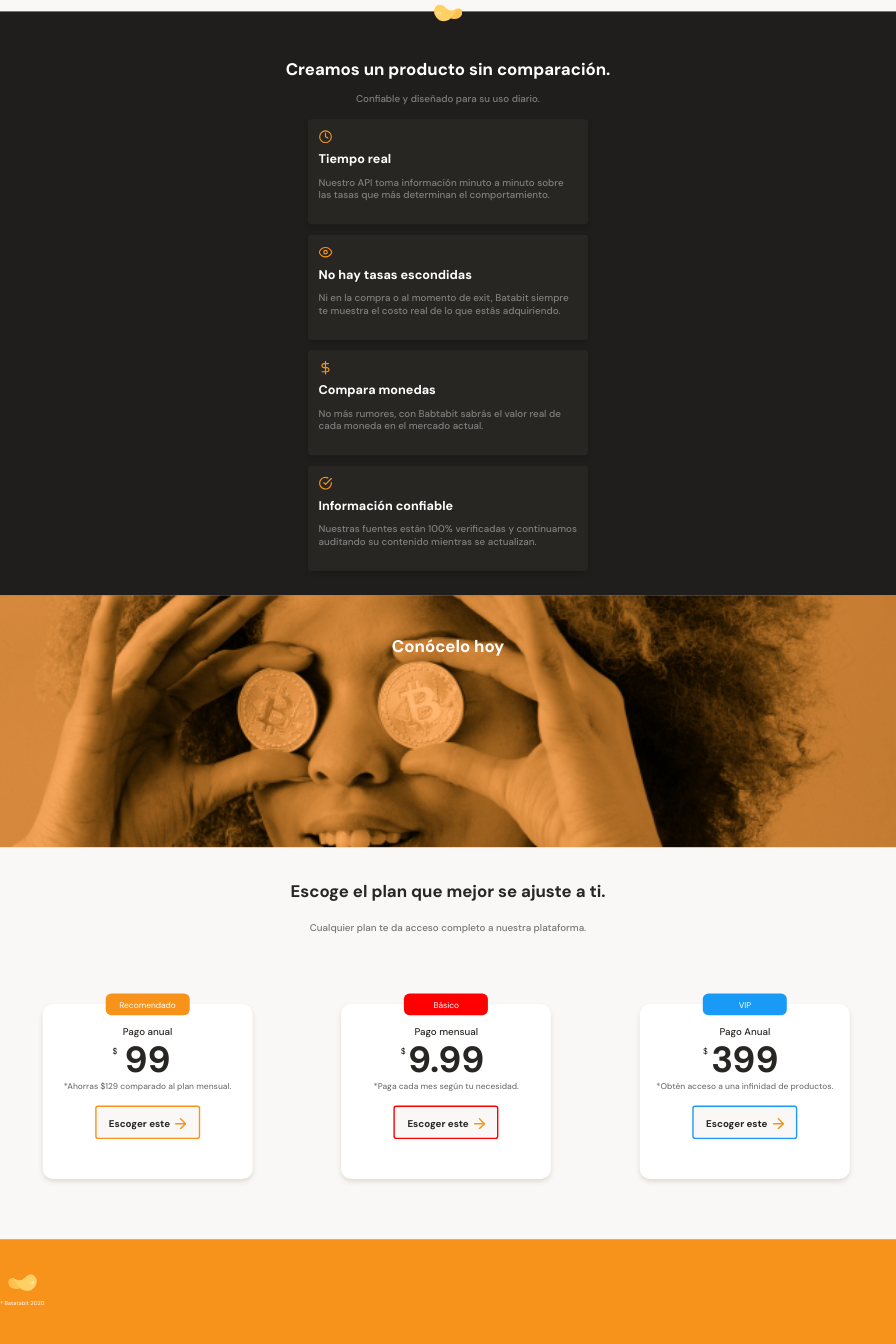
Repository: ChristianGecchelin/spa-full-css-html
Page: index.html
An editor plug-in stored every save of this project. The page is shown before and after the next save, followed by the edit.
The browser window is 1280 px wide. The pictures show the part of the page from y = 1476 to 3396 px (the page is 3396 px tall), at 70% of full size.

Above is the page before, as saved 2021-11-29 23:26:35.

### index.html
<!DOCTYPE html>
<html lang="en">
  <head>
    <meta charset="UTF-8" />
    <meta http-equiv="X-UA-Compatible" content="IE=edge" />
    <meta name="viewport" content="width=device-width, initial-scale=1.0" />
    <title></title>
    <link rel="preconnect" href="https://fonts.googleapis.com" />
    <link rel="preconnect" href="https://fonts.gstatic.com" crossorigin />
    <link
      href="https://fonts.googleapis.com/css2?family=DM+Sans:wght@400;500;700&family=Inter:wght@300;500&display=swap"
      rel="stylesheet"
    />
    <link rel="stylesheet" href="./styles/styles.css" />
  </head>
  <!-- shift+alt+A para comentar -->
  <body>
    <header>
      <!-- Las etiquetas principales no necesitan ponerle clase porque solo hay una en el archivo -->
      <img src="./assets/img/logo.svg" alt="logo" />
      <div class="header--title-container">
        <h1>La próxima revolución en el intercambio de criptomonedas.</h1>
        <p>
          Batatabit te ayuda a navegar entre los diferentes precios y
          tendencias.
        </p>
        <a class="header--button" href="#plans"
          >Conoce Nuestros Planes <span></span
        ></a>
      </div>
    </header>
    <main>
      <section class="main-exchange-container">
        <div class="backgroundImg"></div>
        <div class="main-exchange-container--title">
          <h2>Visibilizamos todas las tasas de cambio.</h2>
          <p>
            Traemos información en tiempo real de las casas de cambio y las
            monedas más importantes del mundo.
          </p>
        </div>
        <section class="main-tables-container">
          <!-- creo otra seccion porque tengo mucha información para mostrar -->
          <div class="main-currency-table">
            <p class="currency-table--title">Monedas</p>
            <div class="currency-table--container">
              <table>
                <tr>
                  <!-- table row --><!-- table data, info de la tabla -->
                  <td class="table__top-left">Bitcoin</td>
                  <td class="table__top-right table__right">
                    $1.96 <span class="down"></span>
                  </td>
                </tr>
                <tr>
                  <td>Ethereum</td>
                  <td class="table__top-right table__right">
                    $0.07 <span class="up"></span>
                  </td>
                </tr>
                <tr>
                  <td>Ripple</td>
                  <td class="table__right">$2.17 <span class="down"></span></td>
                </tr>
                <tr>
                  <td class="table__bottom-left">Stellar</td>
                  <td class="table__bottom-right table__right">
                    $4.96 <span class="down"></span>
                  </td>
                </tr>
              </table>
            </div>
            <div class="currency-table--date">
              <p><b>Actualizado</b> 19 de Julio 23:45</p>
            </div>
          </div>
          <div class="main-comissions-table">
            <p class="comissions-table--title">Comisiones</p>
            <div class="comissions-table--container">
              <table>
                <tr>
                  <!-- table row --><!-- table data, info de la tabla -->
                  <td class="table__top-left">Bitrade</td>
                  <td class="table__top-right table__right">$12.96</td>
                </tr>
                <tr>
                  <td>Bitpreco</td>
                  <td class="table__top-right table__right">$13.07</td>
                </tr>
                <tr>
                  <td>Novadax</td>
                  <td class="table__right">$13.15</td>
                </tr>
                <tr>
                  <td class="table__bottom-left">Coinext</td>
                  <td class="table__bottom-right table__right">$14.96</td>
                </tr>
              </table>
            </div>
            <div class="comissions-table--date">
              <p><b>Actualizado</b> 19 de Julio 23:45</p>
            </div>
          </div>
        </section>
      </section>
      <section class="main-product-detail">
        <span class="product-detail--batata-logo"></span>
        <div class="product-detail--title">
          <h2>Creamos un producto sin comparación.</h2>
          <p>Confiable y diseñado para su uso diario.</p>
        </div>
        <section class="product-cards--container">
          <article class="product-detail--card">
            <span class="clock"></span>
            <p class="product--card-title">Tiempo real</p>
            <p class="product--card-body">
              Nuestro API toma información minuto a minuto sobre las tasas que
              más determinan el comportamiento.
            </p>
          </article>
          <article class="product-detail--card">
            <span class="eye"></span>
            <p class="product--card-title">No hay tasas escondidas</p>
            <p class="product--card-body">
              Ni en la compra o al momento de exit, Batabit siempre te muestra
              el costo real de lo que estás adquiriendo.
            </p>
          </article>
          <article class="product-detail--card">
            <span class="dollar"></span>
            <p class="product--card-title">Compara monedas</p>
            <p class="product--card-body">
              No más rumores, con Babtabit sabrás el valor real de cada moneda
              en el mercado actual.
            </p>
          </article>
          <article class="product-detail--card">
            <span class="check"></span>
            <p class="product--card-title">Información confiable</p>
            <p class="product--card-body">
              Nuestras fuentes están 100% verificadas y continuamos auditando su
              contenido mientras se actualizan.
            </p>
          </article>
        </section>
      </section>
      <section class="bitcoin-img-container">
        <h2>Conócelo hoy</h2>
      </section>
      <section id="plans" class="main-plans-container">
        <div class="plans--title">
          <h2>Escoge el plan que mejor se ajuste a ti.</h2>
          <p>Cualquier plan te da acceso completo a nuestra plataforma.</p>
        </div>
        <section class="plans-container--slider">
          <article class="plans-container--card">
            <p class="recomendado">Recomendado</p>
            <div class="plan-info-container">
              <h3 class="plan-card--title">Pago anual</h3>
              <p class="plan-card--price"><span class="chico">$</span> 99</p>
              <p class="plan-card--saving">
                *Ahorras $129 comparado al plan mensual.
              </p>
              <button class="plan-card--ca">Escoger este <span></span></button>
            </div>
          </article>
          <article class="plans-container--card">
            <p class="basico">Básico</p>
            <div class="plan-info-container">
              <h3 class="plan-card--title">Pago mensual</h3>
              <p class="plan-card--price"><span class="ancho">$</span> 9.99</p>
              <p class="plan-card--saving">
                *Paga cada mes según tu necesidad.
              </p>
              <button class="plan-card--car">Escoger este <span></span></button>
            </div>
          </article>
          <article class="plans-container--card">
            <p class="vip">VIP</p>
            <div class="plan-info-container">
              <h3 class="plan-card--title">Pago Anual</h3>
              <p class="plan-card--price"><span class="normal">$</span> 399</p>
              <p class="plan-card--saving">
                *Obtén acceso a una infinidad de productos.
              </p>
              <button class="plan-card--cab">Escoger este <span></span></button>
            </div>
          </article>
        </section>
      </section>
    </main>
    <footer>
      <section>
        <ul>
          <li><a href="#"></a></li>
          <li><a href="#"></a></li>
          <li><a href="#"></a></li>
        </ul>
      </section>
      <section>
        <img src="assets/img/logo-footer.svg" alt="Logo Batabit 2020" />
      </section>
    </footer>
  </body>
</html>

### styles/styles.css
/* shift+alt+A para comentar */
/*  1° estilos relacionados a posicionamiento
    2° Modelo de caja (box model width height lo que da dimensión)
    3° Tipografías
    4° Visuales (sombras)
    5° Otros */
:root {
  /* colores (creo variables para no andar buscando los codigos */
  --bitcoin-orange: #f7931a;
  --soft-orange: #ffe9d5;
  --secondary-blue: #1a9af7;
  --soft-blue: #e7f5ff;
  --warm-black: #201e1c;
  --black: #282623;
  --grey: #bababa;
  --off-white: #faf8f7;
  --just-white: #fff;
}
* {
  box-sizing: border-box;
  margin: 0;
  padding: 0;
}
html {
  font-size: 62.5%;
  font-family: "DM Sans", sans-serif;
}
header {
  position: relative;
  display: flex;
  flex-direction: column;
  justify-content: center;
  width: 100%;
  min-width: 320px; /* dimensión más chica en moviles */
  height: 334px;
  text-align: center;
  background: linear-gradient(
    207.8deg,
    #201e1c 16.69%,
    #f7931a 100%
  ); /* el fondo con gradiente */
}
header img {
  width: 150px;
  height: 24px;
  margin-top: 60px;
  align-self: center; /* alineo al hijo (el padre debe tener flex) este caso es alineado horizontal porque el flex-direction es column */
}
.header--title-container {
  width: 90%; /* ocupa el 90% entre 288 y 900px */
  min-width: 288px;
  max-width: 900px;
  height: 218px;
  margin-top: 40px;
  text-align: center;
  align-self: center; /* centro el contenedor */
}
.header--title-container h1 {
  font-size: 2.4rem;
  font-weight: 700;
  line-height: 2.6rem;
  color: var(
    --just-white
  ); /* llamo la variable que cree en root para los colores */
}
.header--title-container p {
  margin-top: 25px;
  font-size: 1.4rem;
  font-weight: 500;
  line-height: 1.8rem;
  color: var(--soft-orange);
}
.header--title-container .header--button {
  position: absolute;
  top: 270px;
  left: calc(
    50% - 118px
  ); /* es importante dejar espacios entre el signo menos y los valores */
  display: block;
  margin-top: 35px;
  padding: 15px;
  width: 229px;
  height: 48px;
  background-color: var(--off-white);
  font-size: 1.4rem;
  font-weight: 700;
  text-decoration: none;
  color: var(--black);
  /* sombras */
  box-shadow: 0px 4px 8px rgba(89, 73, 30, 0.16);
  border: none;
  border-radius: 5px;
}
.header--button span {
  display: inline-block;
  width: 13px;
  height: 8px;
  margin-left: 10px;
  background-image: url(../assets/icons/down-arrow.svg);
}
main {
  width: 100%;
  height: auto;
  background-color: var(--off-white);
  min-width: 320px;
}
.main-exchange-container {
  width: 100%;
  height: auto;
  padding-top: 80px;
  padding-bottom: 30px;
  text-align: center;
}
.main-exchange-container--title {
  width: 90%;
  min-width: 288px;
  max-width: 900px;
  margin: 0 auto;
}
.main-exchange-container .backgroundImg {
  /* le tengo que dar dimensiones porque en el html la imagen no existe */
  width: 200px;
  height: 200px;
  margin: 0 auto;
  margin-bottom: 50px;
  background-image: url(../assets/img/Bitcoin.svg);
  background-size: cover;
  background-position: center;
  background-repeat: no-repeat; /* con estas propiedades de background garantizo que la imagen siempre va a estar centrada y que ocupe el espacio correcto */
}
.main-exchange-container h2 {
  margin-bottom: 30px;
  font-size: 2.4rem;
  font-weight: 700;
  line-height: 2.6rem;
  color: var(--black);
}
.main-exchange-container p {
  margin-bottom: 30px;
  font-size: 1.4rem;
  font-weight: 500;
  line-height: 1.6rem;
  color: #757575;
}
.main-currency-table .main-comissions-table {
  width: 70%;
  min-width: 235px;
  max-width: 500px;
  height: 360px;
  margin: 0 auto;
  font-family: "inter", "sans-serif";
}
.main-currency-table .currency-table--title,
.main-comissions-table .comissions-table--title {
  margin-bottom: 15px;
  font-size: 1.8rem;
  font-weight: bold;
  line-height: 2.3rem;
  color: var(--bitcoin-orange);
}
.main-comissions-table .comissions-table--title {
  margin-top: 30px;
  color: var(--secondary-blue);
}
.main-currency-table .currency-table--container,
.main-comissions-table .comissions-table--container {
  width: 90%;
  min-width: 230px;
  max-width: 300px;
  height: 250px;
  margin: 0 auto;
}
.currency-table--container table,
.comissions-table--container table {
  width: 100%;
  height: 100%;
}
.currency-table--container td,
.comissions-table--container td {
  width: 50%;
  font-size: 1.6rem;
  font-weight: 500;
  line-height: 1.9rem;
  color: var(--grey);
  background-color: var(--just-white);
}
.currency-table--container .table__top-left,
.comissions-table--container .table__top-left {
  border-radius: 15px 0 0 0;
}
.currency-table--container .table__top-right,
.comissions-table--container .table__top-right {
  border-radius: 0 15px 0 0;
}
.currency-table--container .table__bottom-left,
.comissions-table--container .table__bottom-left {
  border-radius: 0 0 15px 0;
}
.currency-table--container .table__bottom-right,
.comissions-table--container .table__bottom-right {
  border-radius: 0 0 0 15px;
}
.currency-table--container .table__right,
.comissions-table--container .table__right {
  font-size: 1.4rem;
  font-weight: normal;
  line-height: 1.7rem;
  color: #757575;
}
.currency-table--container .down,
.main-comissions-table .down {
  display: inline-block;
  width: 15px;
  height: 15px;
  margin-left: 10px;
  background-image: url(../assets/icons/trending-down.svg);
  background-size: cover;
  background-position: center;
  background-repeat: no-repeat;
}
.currency-table--container .up,
.main-comissions-table .up {
  display: inline-block;
  width: 15px;
  height: 15px;
  margin-left: 10px;
  background-image: url(../assets/icons/trending-up.svg);
  background-size: cover;
  background-position: center;
  background-repeat: no-repeat;
}
.currency-table--date,
.comissions-table--date {
  width: 190px;
  height: 30px;
  margin: 0 auto;
  margin-top: 15px;
  padding: 8px;
  background-color: var(--soft-orange);
  border-radius: 8px;
}
.comissions-table--date {
  background-color: var(--secondary-blue);
}
.currency-table--date p,
.comissions-table--date p {
  font-size: 1.2rem;
  line-height: 1.5rem;
  color: var(--warm-black);
  font-weight: 300;
}
.main-product-detail {
  position: relative;
  width: 100%;
  min-width: 320px;
  height: auto;
  padding: 20px 10px;
  background-color: var(--warm-black);
}
.product-detail--batata-logo {
  position: absolute;
  width: 40px;
  height: 25px;
  top: -10px;
  left: calc(50% - 20px); /* 20px porque es la mitad del width */
  background-image: url(../assets/icons/batata.svg);
}
.product-detail--title {
  width: 90%;
  min-width: 288px;
  height: auto;
  margin: 0 auto;
  margin-top: 50px;
  text-align: center;
}
.product-detail--title h2 {
  margin-bottom: 20px;
  font-size: 2.4rem;
  font-weight: 700;
  line-height: 2.6rem;
  color: var(--just-white);
}
.product-detail--title {
  margin-bottom: 20px;
  font-size: 1.4rem;
  font-weight: 500;
  line-height: 1.8rem;
  color: #808080;
}
.product-detail--card {
  width: 90%;
  min-width: 288px;
  max-width: 400px;
  height: 150px;
  margin: 15px auto;
  padding: 15px;
  background-color: var(--black);
  border-radius: 5px;
  box-shadow: 0 4px 8px rgba(0, 0, 0, 0.16);
}
.product-detail--card .clock {
  display: inline-block;
  width: 20px;
  height: 20px;
  margin-bottom: 10px;
  background-image: url(../assets/icons/clock.svg);
  background-size: cover;
  background-position: center;
  background-repeat: no-repeat;
}
.product-detail--card .eye {
  display: inline-block;
  width: 20px;
  height: 20px;
  margin-bottom: 10px;
  background-image: url(../assets/icons/eye.svg);
  background-size: cover;
  background-position: center;
  background-repeat: no-repeat;
}
.product-detail--card .dollar {
  display: inline-block;
  width: 20px;
  height: 20px;
  margin-bottom: 10px;
  background-image: url(../assets/icons/dollar-sign.svg);
  background-size: cover;
  background-position: center;
  background-repeat: no-repeat;
}
.product-detail--card .check {
  display: inline-block;
  width: 20px;
  height: 20px;
  margin-bottom: 10px;
  background-image: url(../assets/icons/check-circle.svg);
  background-size: cover;
  background-position: center;
  background-repeat: no-repeat;
}
.product--card-title {
  margin-bottom: 15px;
  font-size: 1.8rem;
  font-weight: 700;
  line-height: 1.8rem;
  color: var(--just-white);
}
.product--card-body {
  font-size: 1.4rem;
  font-weight: 500;
  line-height: 1.8rem;
  color: #808080;
}
.bitcoin-img-container {
  width: 100%;
  min-width: 320px;
  height: 50vh;
  background-image: url("../assets/img/bitcoinbaby2x.jpg");
  background-position: center;
  background-size: cover;
  background-repeat: no-repeat;
  text-align: center;
}
.bitcoin-img-container h2 {
  padding-top: 60px;
  font-size: 2.4rem;
  font-weight: 700;
  line-height: 2.6rem;
  color: var(--just-white);
}
.main-plans-container {
  width: 100%;
  min-width: 320px;
  padding-bottom: 70px;
  text-align: center;
}
.main-plans-container .plans--title {
  width: 90%;
  min-width: 288px;
  height: auto;
  margin: 0 auto;
  margin-bottom: 50px;
}
.main-plans-container .plans--title h2 {
  margin-top: 50px;
  font-size: 2.4rem;
  font-weight: 700;
  line-height: 2.6rem;
  color: var(--black);
}
.main-plans-container .plans--title p {
  padding-top: 30px;
  font-size: 1.4rem;
  font-weight: 500;
  line-height: 1.8rem;
  color: #757575;
}
.plans-container--slider {
  display: flex;
  gap: 25px;
  height: 316px;
  margin-right: 15px;
  margin-left: 10px;
  overflow-x: scroll; /* agrego un scroll para que no me cree un overflow horizontal */
  overscroll-behavior-x: contain;
  scroll-snap-type: x proximity;
}
.plans-container--card {
  position: relative;
  scroll-snap-align: center; /* si quedo entre dos tarjetas me lleva al centro de la mas proxima */
  width: 70%;
  min-width: 230px;
  max-width: 300px;
  height: 250px;
  margin: 50px auto 0;
  padding: 0 15px;
  background-color: var(--just-white);
  border-radius: 15px;
  box-shadow: 0 4px 8px rgba(89, 73, 30, 0.16);
}
.recomendado {
  position: absolute;
  width: 120px;
  height: 31px;
  background-color: var(--bitcoin-orange);
  top: -15px;
  left: calc(50% - 60px);
  padding: 8px;
  font-size: 1.2rem;
  border-radius: 8px;
  color: var(--just-white);
}
.vip {
  position: absolute;
  width: 120px;
  height: 31px;
  background-color: var(--secondary-blue);
  top: -15px;
  left: calc(50% - 60px);
  padding: 8px;
  font-size: 1.2rem;
  border-radius: 8px;
  color: var(--just-white);
}
.basico {
  position: absolute;
  width: 120px;
  height: 31px;
  background-color: red;
  top: -15px;
  left: calc(50% - 60px);
  padding: 8px;
  font-size: 1.2rem;
  border-radius: 8px;
  color: var(--just-white);
}
.plan-card--title {
  padding-top: 30px;
  font-size: 1.4rem;
  font-weight: 500;
  line-height: 1.8rem;
  color: var(--black);
}
.plan-card--price {
  position: relative;
  padding: 5px 0;
  font-size: 5.2rem;
  font-weight: 700;
  line-height: 5.3rem;
  color: var(--black);
}
.plan-card--price .chico {
  position: absolute;
  top: -6px;
  left: calc(50% - 50px);
  font-size: 1.2rem;
  font-weight: 300;
}
.plan-card--price .normal {
  position: absolute;
  top: -6px;
  left: calc(50% - 60px);
  font-size: 1.2rem;
  font-weight: 300;
}
.plan-card--price .ancho {
  position: absolute;
  top: -6px;
  left: calc(50% - 65px);
  font-size: 1.2rem;
  font-weight: 300;
}
.plan-card--saving {
  font-size: 1.2rem;
  font-weight: 500;
  line-height: 1.4rem;
  color: #757575;
}
.plan-card--ca {
  width: 150px;
  height: 48px;
  margin-top: 20px;
  background-color: #faf8f7;
  border: 2px solid var(--bitcoin-orange);
  border-radius: 4px;
  font-family: "DM Sans", "sans-serif";
  font-size: 1.4rem;
  font-weight: 700;
  line-height: 1.8rem;
  color: var(--black);
}
.plan-card--cab {
  width: 150px;
  height: 48px;
  margin-top: 20px;
  background-color: #faf8f7;
  border: 2px solid var(--secondary-blue);
  border-radius: 4px;
  font-family: "DM Sans", "sans-serif";
  font-size: 1.4rem;
  font-weight: 700;
  line-height: 1.8rem;
  color: var(--black);
}
.plan-card--ca span {
  display: inline-block;
  width: 20px;
  height: 20px;
  background-image: url("../assets/icons/orange-right-arrow.svg");
  vertical-align: text-bottom; /* alinea el texto */
}
.plan-card--cab span {
  display: inline-block;
  width: 20px;
  height: 20px;
  background-image: url("../assets/icons/orange-right-arrow.svg");
  vertical-align: text-bottom; /* alinea el texto */
}
.plan-card--car {
  width: 150px;
  height: 48px;
  margin-top: 20px;
  background-color: #faf8f7;
  border: 2px solid red;
  border-radius: 4px;
  font-family: "DM Sans", "sans-serif";
  font-size: 1.4rem;
  font-weight: 700;
  line-height: 1.8rem;
  color: var(--black);
}

.plan-card--car span {
  display: inline-block;
  width: 20px;
  height: 20px;
  background-image: url("../assets/icons/orange-right-arrow.svg");
  vertical-align: text-bottom; /* alinea el texto */
}
footer {
  display: flex;
  width: 100%;
  height: 150px;
  background-color: var(--bitcoin-orange);
}
footer section {
  display: flex;
  justify-content: center;
  align-items: center;
}

After the next save:
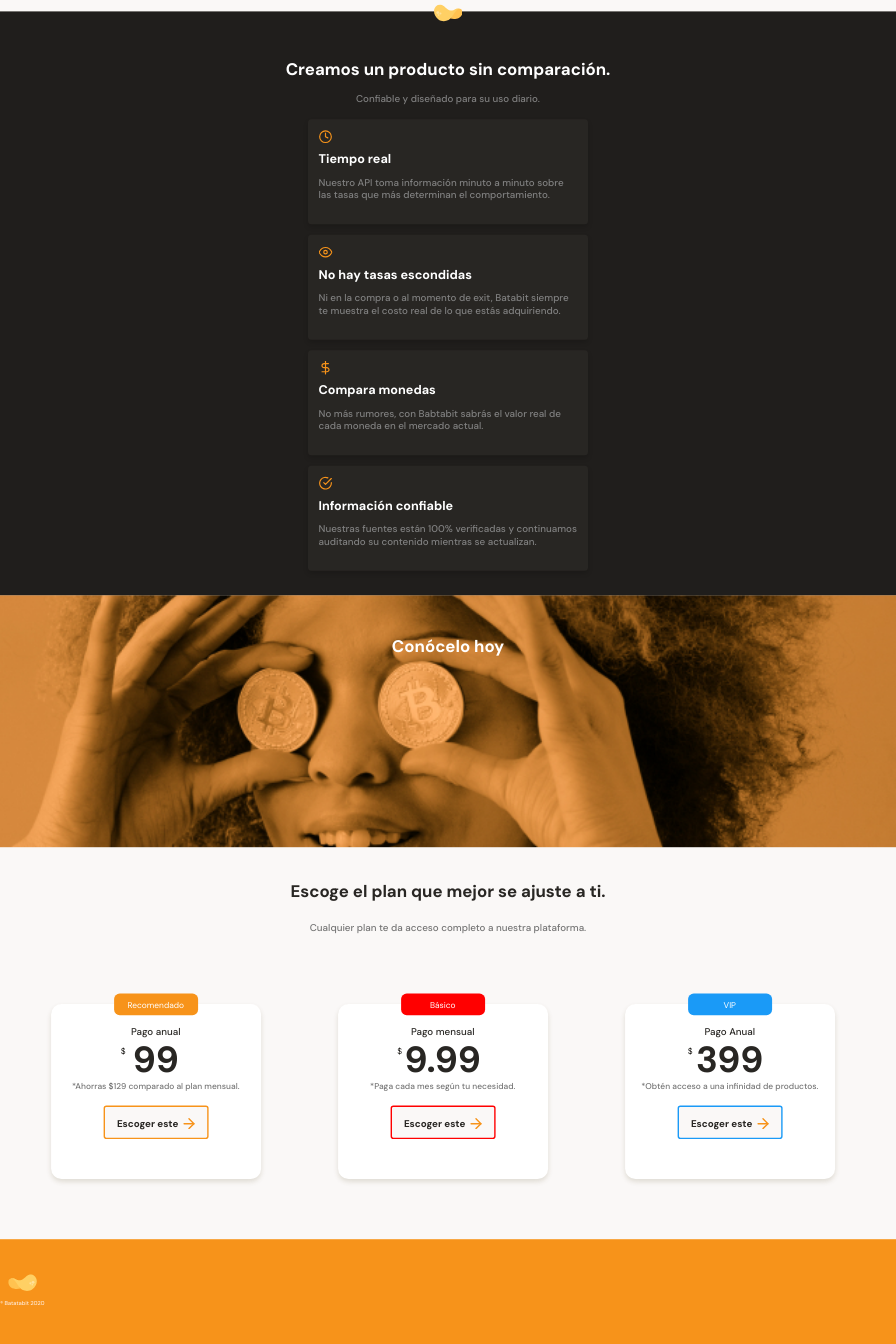
Saved 23 s later.
--- a/styles/styles.css
+++ b/styles/styles.css
@@ -399,8 +399,8 @@
   display: flex;
   gap: 25px;
   height: 316px;
-  margin-right: 15px;
-  margin-left: 10px;
+  margin-right: 45px;
+  margin-left: 30px;
   overflow-x: scroll; /* agrego un scroll para que no me cree un overflow horizontal */
   overscroll-behavior-x: contain;
   scroll-snap-type: x proximity;
